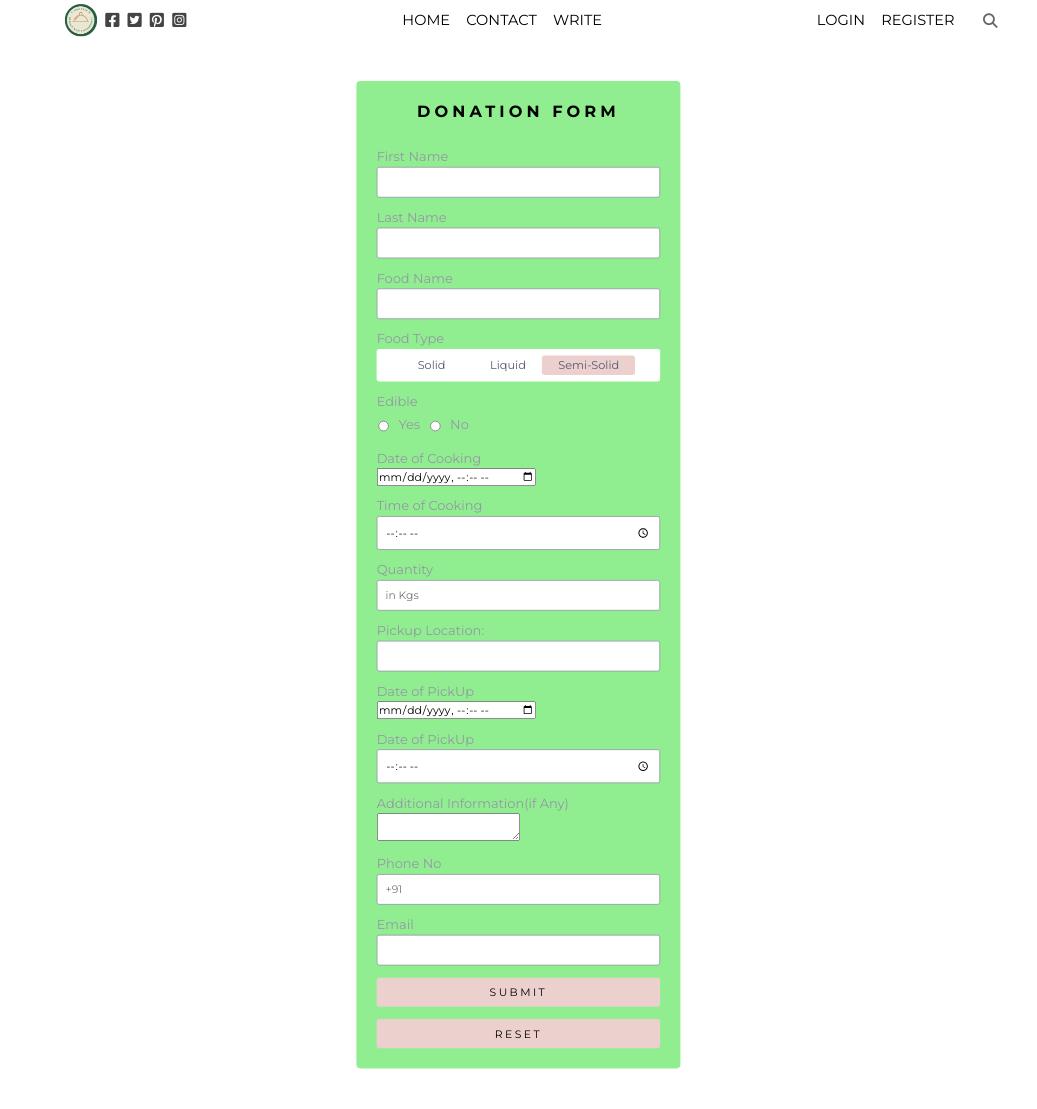
Repository: blsnabrhm/anna-daan
Page: /Contact (app in client/)
The author's editor kept a copy of each file at every save. The page is drawn from the files as they stood at one save, then again after the next save.
The browser window is 1280 px wide. The pictures show the whole page, at 81% of full size.
Some web libraries are served in a nearby version. The project was rebuilt for these pictures with package versions that can differ from the ones it lists, and the page was loaded fresh each time. Also part of the build but not shown: client/src/components/header/header.css, client/src/components/header/Header.jsx, client/src/components/posts/posts.css, client/src/components/posts/Posts.jsx, client/src/components/sidebar/sidebar.css, client/src/components/sidebar/SideBar.jsx, client/src/pages/home/home.css, client/src/pages/home/Home.jsx and 13 more. Imported but missing from the stored project, and not drawn on this page: client/src/components/post/Post.

Above is the page before, as saved 2022-04-22 09:25:58.

After the next save:
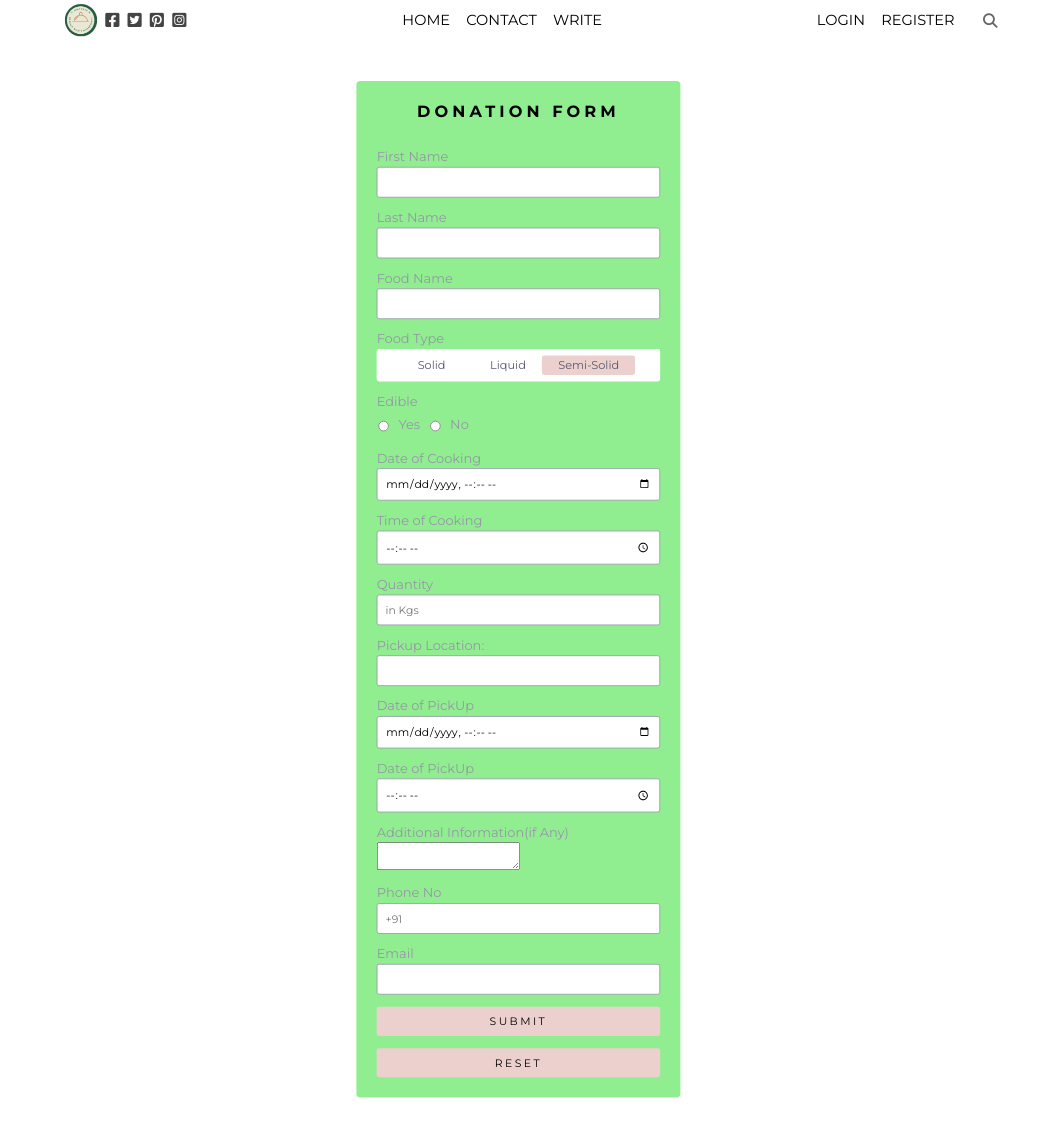
Saved 22 s later.
--- a/client/src/pages/contact/contact.css
+++ b/client/src/pages/contact/contact.css
@@ -68,7 +68,7 @@
 	width: 165px;
 }
 
-.form_wrap  input[type="text"], input[type="number"], input[type="tel"],  input[type="time"]  {
+.form_wrap  input[type="text"], input[type="number"], input[type="tel"],  input[type="time"] ,  input[type="datetime-local"] {
 	width: 100%;
 	border-radius: 3px;
 	border: 1px solid #9597a6;
